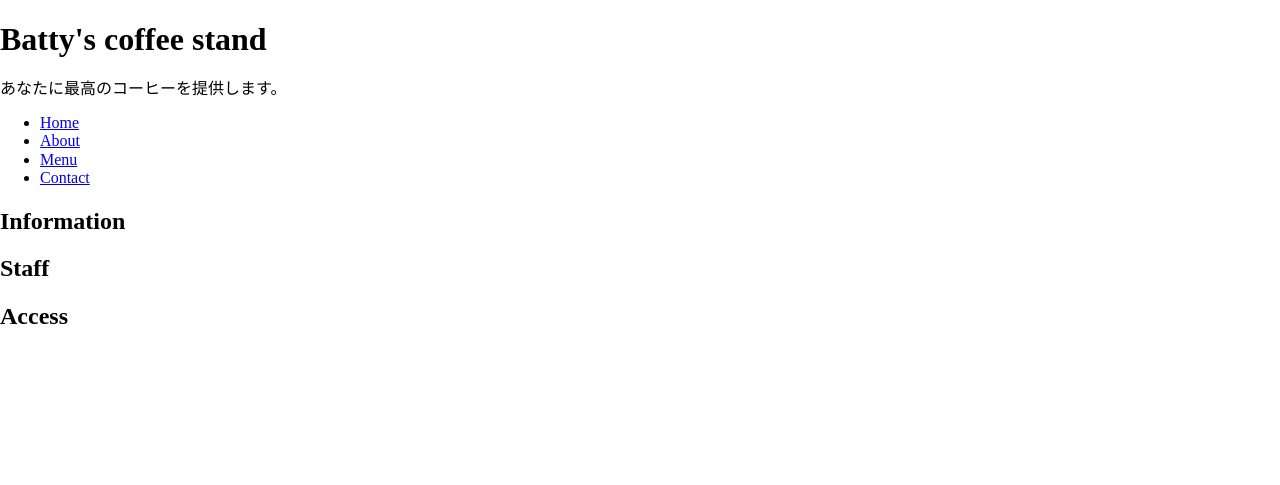
Repository: MUTAERIKO/DEVELOP
Page: html/batty_coffee_stand/index.html
The author's editor kept a record of every edit. The page is drawn from the files as they stood at one moment, then again after the next edit.
The browser window is 1280 px wide. The pictures show the whole page.

Above is the page before.

### html/batty_coffee_stand/index.html
<!DOCTYPE HTML>
<html>
  <head>
    <meta charset="UTF-8">
    <title>Batty's Coffee Stand</title>
    <link rel="stylesheet" href="css/normalize.css">
    <link rel="stylesheet" href="css/style.css">
  </head>
  <body>
      <header>
  <div class="container">
    <div class="header-title-area">
      <h1 class="logo">Batty's coffee stand</h1>
      <p class="text-sub">あなたに最高のコーヒーを提供します。</p>
    </div>

    <ul class="header-navigation">
  <li><a href="#">Home</a></li>
  <li><a href="#">About</a></li>
  <li><a href="#">Menu</a></li>
  <li><a href="#">Contact</a></li>
</ul>
  </div>
</header>
<div class="main">
  <div class="container">
       <div class="left-contents">
    <div class="card-contents">
      <h2 class="text-title">Information</h2>
    </div>
    <div class="card-contents">
      <h2 class="text-title">Staff</h2>
    </div>
     <div class="right-contents">
    <div class="card-contents">
      <h2 class="text-title">Access</h2>
    </div>
  </div>
</div>

  </body>
</html>

### html/batty_coffee_stand/css/style.css
body {
  background-color: efefef;
}

Loaded but not shown: html/batty_coffee_stand/css/normalize.css (library)

After the next edit:
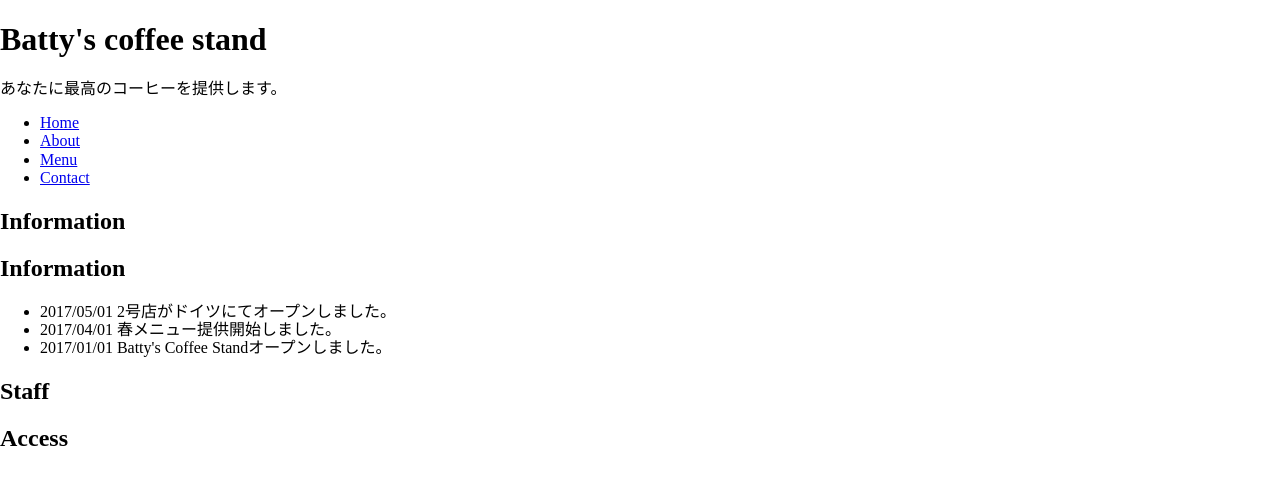
The edit:
--- a/html/batty_coffee_stand/index.html
+++ b/html/batty_coffee_stand/index.html
@@ -27,6 +27,14 @@
        <div class="left-contents">
     <div class="card-contents">
       <h2 class="text-title">Information</h2>
+      <div class="card-contents">
+  <h2 class="text-title">Information</h2>
+  <ul class="information-list">
+    <li>2017/05/01 2号店がドイツにてオープンしました。</li>
+    <li>2017/04/01 春メニュー提供開始しました。</li>
+    <li>2017/01/01 Batty's Coffee Standオープンしました。</li>
+  </ul>
+</div>
     </div>
     <div class="card-contents">
       <h2 class="text-title">Staff</h2>
